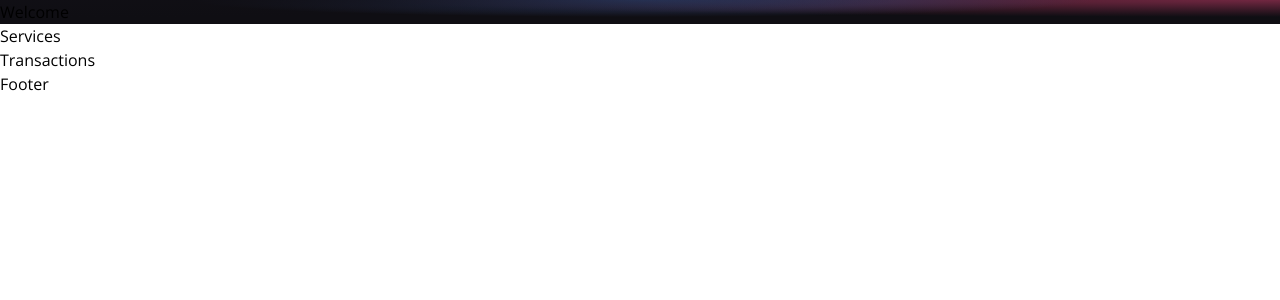
Repository: jaroensakyod/projectweb3-Transection
Page: / (app in client/)
These files come from the project's save history. The page is drawn as it stood at one moment and after the next save; the edit follows.
The browser window is 1280 px wide. The pictures show the whole page.
The project was rebuilt for these pictures with package versions that can differ from the ones it lists, and the page was loaded fresh each time. Also part of the build but not shown: client/vite.config.js, client/src/components/Loader.jsx.

Above is the page before, as saved 2022-03-11 10:41:59.

After the next save:
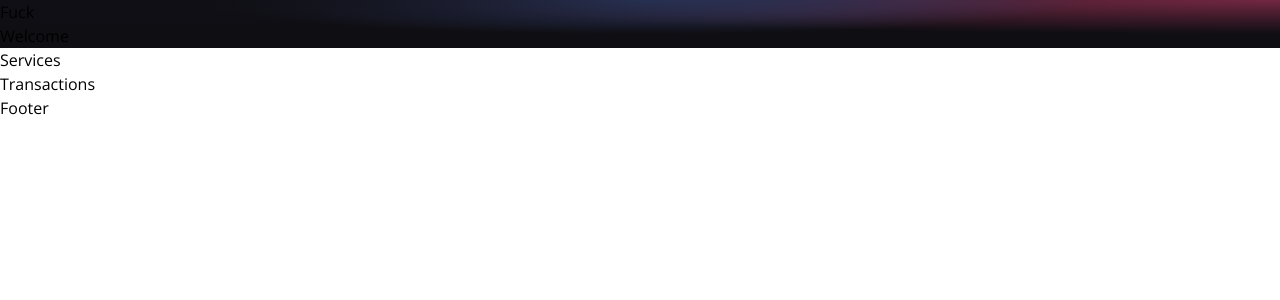
Saved 2 min 6 s later.
--- a/client/src/components/Navbar.jsx
+++ b/client/src/components/Navbar.jsx
@@ -6,8 +6,7 @@
 
 const Navbar = () => {
           return (
-            <nav className="w-full flex md:justify-center justify-between items-center p-4">
-                      </nav>
+            <nav className="w-full flex md:justify-center justify-between items-center p-4">Fuck </nav>
             );
 }
 export default Navbar;

After the save that followed:
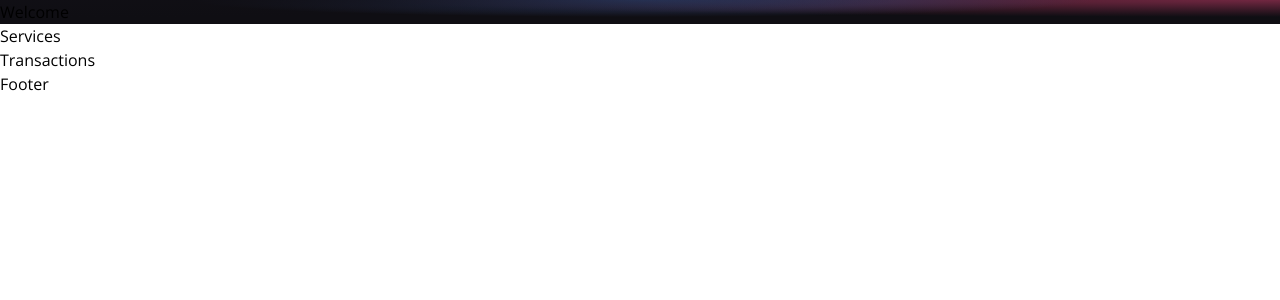
Saved 36 s later.
--- a/client/src/components/Navbar.jsx
+++ b/client/src/components/Navbar.jsx
@@ -6,7 +6,9 @@
 
 const Navbar = () => {
           return (
-            <nav className="w-full flex md:justify-center justify-between items-center p-4">Fuck </nav>
+          <nav className="w-full flex md:justify-center justify-between items-center p-4">
+
+          </nav>
             );
 }
 export default Navbar;
